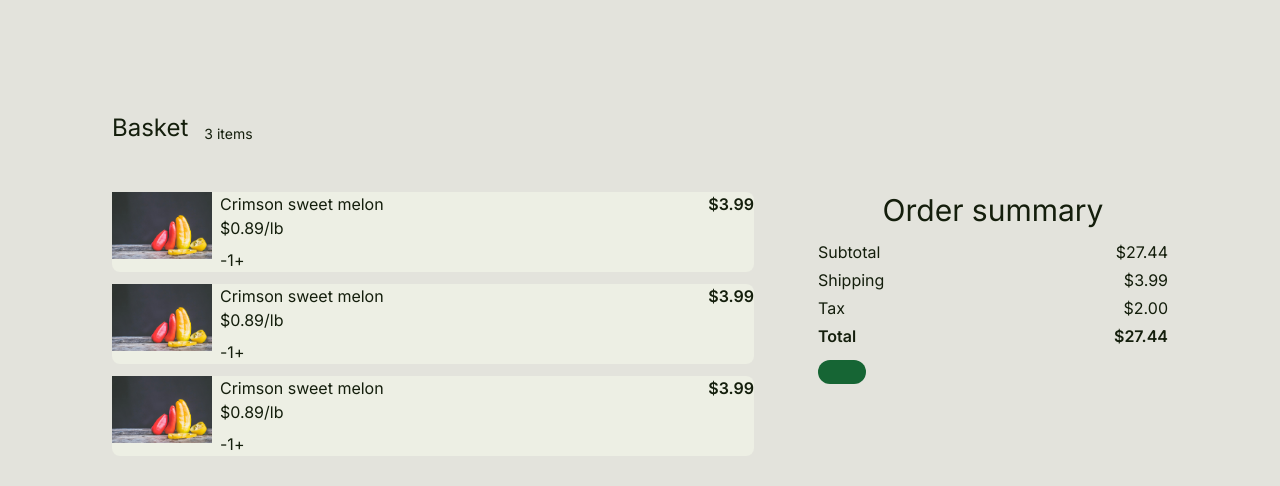
Repository: wswiselife/CSS
Page: / (app in figma-20240618/)
The author's editor kept a copy of each file at every save. The page is drawn from the files as they stood at one save, then again after the next save.
The browser window is 1280 px wide. The pictures show the part of the page from y = 1280 to 1766 px (the page is 1766 px tall).
Some web fonts or font styles are not loaded; a fallback is used. The project was rebuilt for these pictures with package versions that can differ from the ones it lists, and the page was loaded fresh each time. The framework's server and built-in components were replaced by stand-ins that run in the browser. Also part of the build but not shown: figma-20240618/next.config.mjs, figma-20240618/app/components/navbar/UserItem.tsx.

Above is the page before, as saved 2024-06-19 07:32:34.

### figma-20240618/app/layout.tsx
import type { Metadata } from "next";
import { Inter } from "next/font/google";
import "./globals.css";

import Layout from "./components/Layout";

const inter = Inter({ subsets: ["latin"] });

export const metadata: Metadata = {
  title: "Figma hero clone",
  description: "Figma hero clone",
};

export default function RootLayout({
  children,
}: Readonly<{
  children: React.ReactNode;
}>) {
  return (
    <html lang="en">
      <body className={inter.className}>
        <Layout>
          {children}
        </Layout>
      </body>
    </html>
  );
}

### figma-20240618/app/page.tsx

import Basket from "./components/Basket";
import Hero from "./components/Hero";
import Navbar from "./components/navbar/Navbar";

export default function Home() {
  return (
   <>
     <Navbar />
     <div className="mt-20">
        <Hero />
     </div>
     <Basket />
   </>
  );
}

### figma-20240618/app/globals.css
@import url("https://fonts.googleapis.com/css2?family=Playwrite+US+Trad:wght@100..400&display=swap");

@tailwind base;
@tailwind components;
@tailwind utilities;

:root {
    --primary-color: #476730;

    --font-color: #141e0c;
    --bg-color: #e3e3dc;
}

html {
    color: var(--font-color);
    background-color: var(--bg-color);
}

@layer components {
    .hero-p {
        @apply font-serif text-3xl md:text-5xl lg:text-6xl;
    }

    .hero-span {
        @apply font-sans;
    }
}

### figma-20240618/app/components/Layout.tsx
interface LayoutProps {
    children: React.ReactNode
}

const Layout:React.FC<LayoutProps> = ({children})=>{
    return (
        <div className="h-screen w-screen ">
            <div className="h-full w-full">
                {children}
            </div>
        </div>
    )
}

export default Layout

### figma-20240618/app/components/Basket.tsx
'use client'

import BasketItem from "./BasketItem"
import Button from "./Button"
import Header from "./Header"

const Basket = ()=>{

    const operateContent = (
        <div className="flex justify-center items-center gap-4">
            <Button label="Default" onClick={()=>{}} ></Button>
            <Button label="A-Z" onClick={()=>{}} ></Button>
            <Button label="List view" onClick={()=>{}} ></Button>
        </div>
    )

    return(
        <div className="
            flex
            flex-col
            p-8
            md:px-16
            lg:px-28
        ">
            <Header title="Basket" desc="3 items"  />

            <div className="
                flex
                justify-center
                items-start
                flex-wrap
                mt-12
                gap-8
                md:gap-16
                lg:gap-16
            ">
                {/* basket */}
                <div className="
                    flex
                    flex-1
                    flex-col
                    gap-3

                    items-center
                    min-w-[400px]
                ">
                    <BasketItem title="Crimson sweet melon" price="0.89" unit='lb' />
                    <BasketItem title="Crimson sweet melon" price="0.89" unit='lb' />
                    <BasketItem title="Crimson sweet melon" price="0.89" unit='lb' />
                </div>

                {/* order summary */}
                <div className="w-full md:w-[350px]">
                    {/* title */}
                    <div className="text-3xl text-center">
                        Order summary
                    </div>

                    <div className="
                        flex
                        flex-col
                        gap-1
                        py-3
                    ">
                        <div className="flex justify-between items-center">
                            <p>Subtotal</p>
                            <p>${27.44}</p>
                        </div>
                        <div className="flex justify-between items-center">
                            <p>Shipping</p>
                            <p>${3.99}</p>
                        </div>
                        <div className="flex justify-between items-center">
                            <p>Tax</p>
                            <p>$2.00</p>
                        </div>
                        <div className="flex justify-between items-center font-semibold">
                            <p>Total</p>
                            <p>${27.44}</p>
                        </div>
                    </div>

                    {/* button */}
                    <Button label="" />

                </div>
            </div>
        </div>
    )
}

export default Basket

### figma-20240618/app/components/Hero.tsx
'use client'

import Button from "./Button"

const Hero = ()=>{

    return(
        <div className="">

            {/* first path */}
            <div className="flex flex-col justify-center items-center">
                {/* title */}
                <div className="
                    flex
                    flex-col
                    items-center
                    gap-2
                    md:gap-4
                    lg:gap-8
                    py-12
                    md:py-20
                    lg:py-[121px]
                ">
                    <p className="hero-p">We're <span className="hero-span font-playwrite">farmers,purveyors,</span></p>
                    <p className="hero-p"> and <span className="hero-span font-playwrite">eaters </span>of originically</p>
                    <p className="hero-p">grown food.</p>
                </div>

                <Button label="Browse our shop" onClick={()=>{}} />
            </div>

            {/* image path */}
            <div className="flex flex-row flex-wrap justify-center items-center gap-16 py-20 ">

                <img
                    src="/images/photo4.jpg"
                    alt="photo"
                    className="
                        w-[420px]
                        h-[450px]
                        md:w-[300px]
                        md:h-[380px]
                        lg:w-[400px]
                        lg:h-[580px]
                        rounded-lg
                        object-cover
                "/>

                <div className="
                    relative
                    w-[420px]
                    h-[450px]
                    md:w-[380px]
                    md:h-[300px]
                    lg:w-[520px]
                    lg:h-[400px]
                ">
                    <img
                        src="/images/photo5.jpg"
                        alt="photo"
                        className="
                            rounded-lg
                            object-cover
                        "
                    />
                    <div className="text-sm py-4 md:text-base">

                        <p className="lg:max-w-520px md:max-w-380px max-w-420px">
                            <span className="font-semibold">Central California </span>
                            — The person who grew these was located in Central California and, er, hopefully very well-compensated.
                        </p>
                    </div>
                </div>
            </div>
        </div>
    )
}

export default Hero

### figma-20240618/app/components/navbar/Navbar.tsx
import Logo from './Logo'
import Usermenu from './Usermenu'

const Navbar = ()=>{
    return (
        <div className='z-50 fixed top-0 w-full bg-[var(--bg-color)]'>
            <div className="
                flex
                justify-between
                items-center
                px-8
                py-4
                md:px-12
                md:py-8
                lg:px-[111px]
                lg:py-[32px]

            ">
                <Logo />
                <Usermenu />
            </div>
        </div>
    )
}

export default Navbar

### figma-20240618/app/components/BasketItem.tsx
import Image from "next/image";
import { useState } from "react";

interface BasketItemProps {
    title:string;
    price?:string;
    cover?:string;
    unit?:string;
}

const BasketItem:React.FC<BasketItemProps> = ({
    title,
    price,
    cover,
    unit
})=>{

    const [count,setCount] = useState(1)

    return(
        <div className="
            flex
            flex-row
            gap-2
            w-full
            bg-[#edefe4]
            rounded-lg
        ">
            <div>
                <Image
                    width={100}
                    height={90}
                    alt="photo"
                    src={'/image/photo1.jpg'}
                />
            </div>
            <div className="flex flex-1 flex-col gap-2">

                {/* desc */}
                <div className="flex flex-row justify-between items-start">
                    <div className="flex-1">
                        <p>{title}</p>
                        <p>${price}/{unit}</p>
                    </div>
                    <div className="font-semibold">${3.99}</div>
                </div>

                {/* count */}
                <div className="flex">
                    <span>-</span>
                    <span>{count}</span>
                    <span>+</span>
                </div>

            </div>
        </div>
    )
}

export default BasketItem

### figma-20240618/app/components/Button.tsx
'use client'

import { IconType } from "react-icons";

interface ButtonProps {
    label: string;
    onClick:()=>void
    secondry?:boolean
    disabled?:boolean
    icon?:IconType
}

const Button:React.FC<ButtonProps> = ({
    label,
    onClick,
    secondry,
    disabled,
    icon:Icon
})=>{
    return (
        <button
            onClick={onClick}
            disabled={disabled}
            className={`
                flex
                flex-row
                items-center
                gap-3
                px-6
                py-3
                font-semibold
                disabled:opacity-70
                disabled:cursor-not-allowed
                hover:opacity-80
                ${secondry?'rounded':'rounded-full'}
                ${secondry?'bg-white':'bg-green-800'}
                ${secondry?'text-black':'text-white '}

        `}>
            {label}
            {
                Icon && (<Icon size={20} ></Icon>)
            }
        </button>
    )
}

export default Button

### figma-20240618/app/components/Header.tsx
'use client'
import { ReactNode } from "react";

interface HeaderProps {
    title:string;
    desc?:string;
    operate?:ReactNode
}

const Header:React.FC<HeaderProps> = ({
    title,
    desc,
    operate
})=>{
    return(
        <div className="
            w-full
            flex
            flex-row
            justify-between
            items-center

        ">
            {/* header */}
            <div className="
                flex
                items-end
                gap-4

            ">
                <div className="text-2xl flex justify-end items-end">{title}</div>
                <div className="text-sm">{desc}</div>
            </div>

            {/* operate */}
            <div >
                {operate}
            </div>
        </div>
    )
}

export default Header

### figma-20240618/app/components/navbar/Logo.tsx

const Logo = ()=>{
    return(
        <div className="text-xl lg:text-3xl font-bold cursor-pointer">World Peas</div>
    )
}

export default Logo

### figma-20240618/app/components/navbar/Usermenu.tsx
'use client'

import { FiShoppingBag } from "react-icons/fi";
import { IoAppsOutline } from "react-icons/io5";

import useUserMenuModal from "../../hooks/useUserMenu";
import UserItem from "./UserItem";
import Button from "../Button";

const Usermenu = ()=>{

    const userMenuModal = useUserMenuModal()

    const onToggle = ()=>{
        userMenuModal.isOpen?userMenuModal.onClose():userMenuModal.onOpen()
    }

    return(
        <div className="
            flex
            items-center
            gap-4
            md:gap-4
        ">

            {/* desktop */}
            <div className="
                md:flex
                flex-row
                justify-between
                items-center
                md:gap-3
                hidden

            ">
                <div className="p-4 font-semibold text-xl">Shop</div>
                <div className="p-4 font-semibold text-xl">Newstand</div>
                <div className="p-4 font-semibold text-xl">Who we are</div>
            </div>

            {/* basket */}
            <Button label="Basket" onClick={()=>{}} icon={FiShoppingBag} />

            {/* mobile */}
            <div
                onClick={onToggle}
                className="
                    flex
                    justify-center
                    items-center
                    relative
                    p-4
                    cursor-pointer
                    transition
                    md:hidden
            ">
                <IoAppsOutline size={22} />

                {/* menu */}
                {
                    userMenuModal.isOpen && (
                        <div className="
                            absolute
                            top-16
                            right-0
                            w-80
                            bg-white
                            rounded-md
                            transition
                        ">
                            <UserItem onClick={() =>{}} label="shop"/>
                            <UserItem onClick={() =>{}} label="newstand"/>
                            <UserItem onClick={() =>{}} label="who we are"/>
                        </div>
                    )
                }

            </div>


        </div>
    )
}

export default Usermenu

### figma-20240618/app/hooks/useUserMenu.ts
import { create } from "zustand";

interface UserMenuStore {
    isOpen: boolean;
    onOpen: () => void;
    onClose: () => void;
}

const useUserMenuModal = create<UserMenuStore>(set => ({
    isOpen: false,
    onOpen: () => set({ isOpen: true }),
    onClose: () => set({ isOpen: false }),
}));

export default useUserMenuModal;

### figma-20240618/tailwind.config.ts
import type { Config } from "tailwindcss";

const config: Config = {
    content: [
        "./pages/**/*.{js,ts,jsx,tsx,mdx}",
        "./components/**/*.{js,ts,jsx,tsx,mdx}",
        "./app/**/*.{js,ts,jsx,tsx,mdx}",
    ],
    theme: {
        extend: {
            backgroundImage: {
                "gradient-radial": "radial-gradient(var(--tw-gradient-stops))",
                "gradient-conic":
                    "conic-gradient(from 180deg at 50% 50%, var(--tw-gradient-stops))",
            },
            fontFamily: {
                playwrite: ['"Playwrite US Trad"', "cursive"],
            },
        },
    },
    plugins: [],
};
export default config;

After the next save:
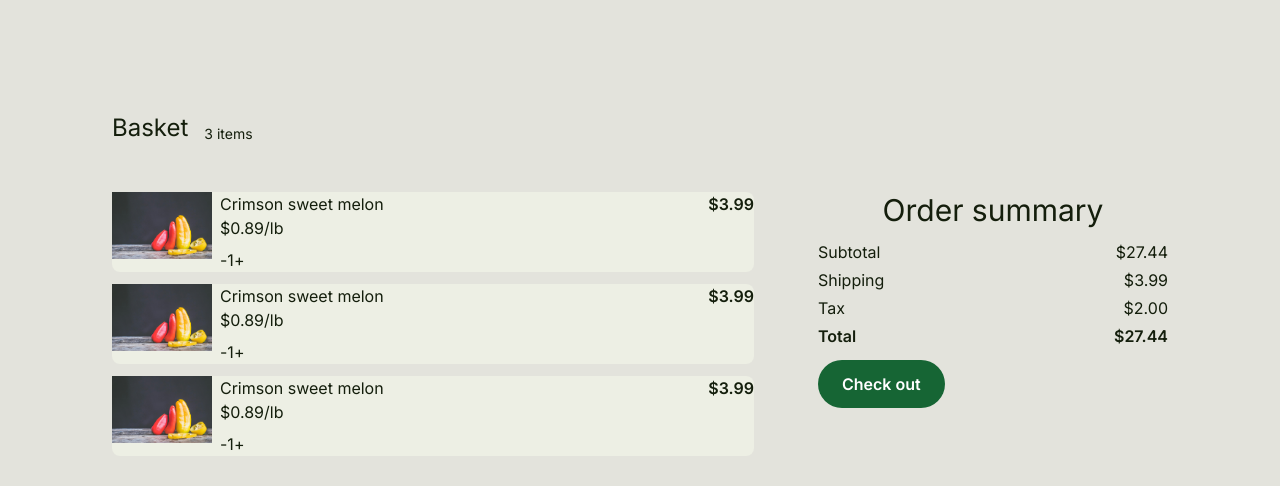
Saved 18 s later.
--- a/figma-20240618/app/components/Basket.tsx
+++ b/figma-20240618/app/components/Basket.tsx
@@ -81,7 +81,7 @@
                     </div>
 
                     {/* button */}
-                    <Button label="" />
+                    <Button label="Check out" onClick={()=>{}} />
 
                 </div>
             </div>
